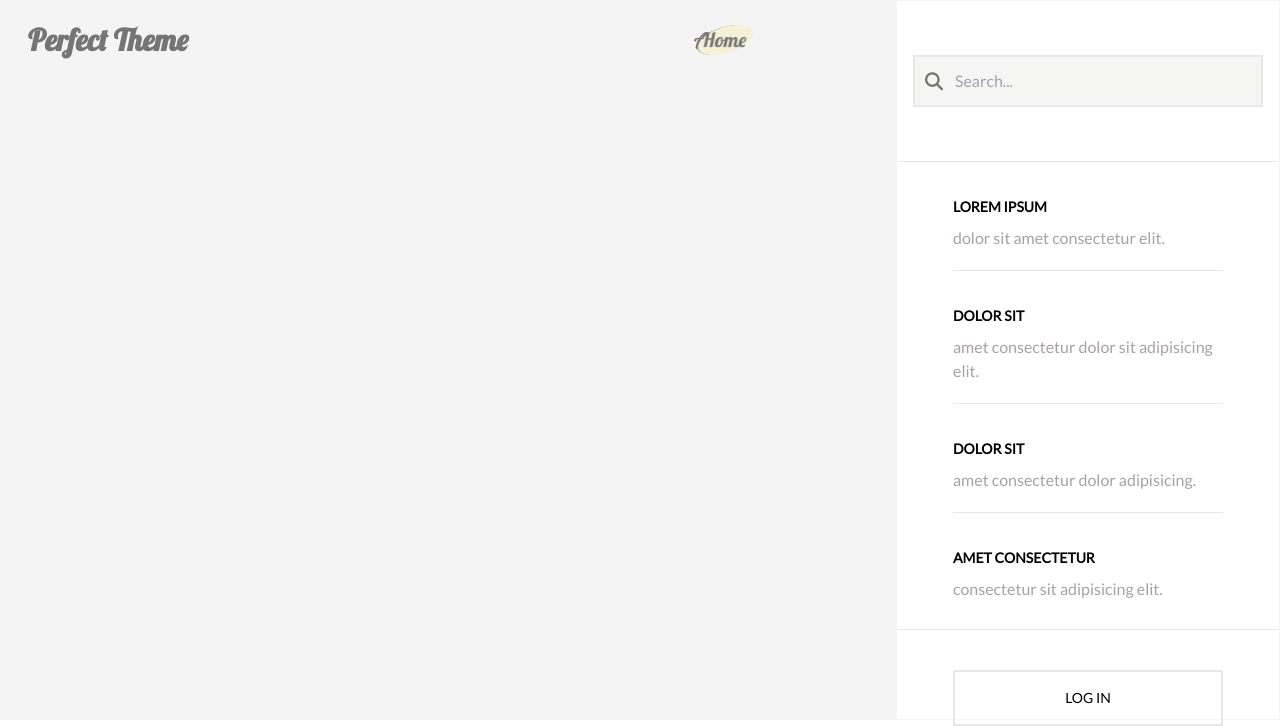
Repository: hsumyatm7308/laravel-blog
Page: blogweb/resources/views/blog/headerlayout.html
An editor plug-in stored every save of this project. The page is shown before and after the next save, followed by the edit.
The browser window is 1280 px wide. The pictures show the whole page.
Some web libraries are served in a nearby version.

Above is the page before, as saved 2023-09-05 17:47:55.

### blogweb/resources/views/blog/headerlayout.html
<!DOCTYPE html>
<html>

<head>
    <title>@yield('title')</title>
    <script src="https://cdn.tailwindcss.com"></script>
    <link rel="stylesheet" href="https://cdnjs.cloudflare.com/ajax/libs/font-awesome/6.4.2/css/all.min.css">

</head>
<style>
    /* for nav  */
    @import url('https://fonts.googleapis.com/css2?family=Lobster&display=swap');
    /* for body  */
    @import url('https://fonts.googleapis.com/css2?family=Lato&display=swap');


    body {
        font-family: 'Lato', sans-serif;
    }

    nav {
        font-family: 'Lobster', cursive;
    }


    .container {
        width: 80%;
        height: auto;
        /* background-color: antiquewhite; */

        display: flex;
        justify-content: center;
        align-items: center;

        position: relative;


    }

    .navlabel {
        position: relative;
        /* background-color: aqua; */
    }

    .lictn {
        position: relative;
    }

    .skewtextctn,
    .skewtextctn2 {
        width: 50px;
        height: 30px;
        border-radius: 100%;
        border-left: 1px solid black;

        position: fixed;
        top: 25px;




        transform: skew(-40deg);

    }

    .skewtextctn {
        left: 700px;
    }

    .skewtextctn2 {
        left: 800px;
    }



    .article {
        position: fixed;
        left: 1px;

        top: 1px;
        transform: skew(40deg);

    }

    .skewtextctn:hover,
    .skewtextctn2:hover {
        transition: all .5s;
        background-color: rgb(51 65 85);
    }

    .skewtextctn:hover .article,
    .skewtextctn2:hover .article {
        color: #000;
    }
</style>

<body class="bg-[#ffff]">
    <nav class="w-[100vw] flex justify-center items-center">
        <h1 class="text-3xl font-semibold">Perfect Theme</h1>

        <div class="w-[80%] h-20 flex justify-center items-center container">
            <div class="flex justify-between items-center list-none navlabel">
                <li class="p-5 mr-4 lictn">
                    <div class="bg-yellow-100 skewtextctn">
                        <a href="" class="text-xl text-black article">Home</a>
                    </div>
                </li>

                <li class="p-5 mr-4">
                    <div class=" active">
                        <a href="" class="text-xl text-black ">Article</a>
                    </div>
                </li>
            </div>


        </div>

        <div class=" menu ">
            <span class="text-xs flex justify-center items-center flex-col">
                <div class="w-10 h-[2px] bg-black"></div>
                <span class="p-1 hover:self-end hover:text-yellow-500"> menu</span>
                <div class="w-10 h-[2px] bg-black font-semibold"></div>
            </span>
        </div>
    </nav>



    <div
        class="menu-modal w-[100%]  h-screen absolute left-0 top-0 flex justify-center items-center">
        <div class="w-[70%] h-[100vh] bg-[linear-gradient(rgba(233,233,233,.5),rgba(233,233,233,.5))] p-0">

        </div>
        <div class="w-[30%] h-[100vh] bg-white  border border-slate-100">

            <div class="w-full h-40 flex justify-center items-center">
                <form action="" method="post" class="relative">
                    <i class="fa-solid fa-magnifying-glass text-stone-500 text-lg absolute left-3 top-[12px]"></i>
                    <input type="search"
                        class=" border-2 px-32 py-3 pl-10 bg-stone-100 font-thin focus:outline-none	focus:border focus:border-emerald-600 focus:ring-1 focus:ring-emerald-400"
                        placeholder="Search...">
                </form>
            </div>
            <hr>


            <div class="mt-4">
                <div class="px-14 py-4 group hover:text-emerald-600">
                    <li class="list-none pb-5">
                        <a href="" class="uppercase text-sm font-semibold group-hover:text-emerald-600">Lorem ipsum</a>
                        <p class="text-stone-400 mt-2 group-hover:text-emerald-600">dolor sit amet consectetur elit.</p>
                    </li>
                    <hr>
                </div>


                <div class="px-14 py-4 group hover:text-emerald-600">
                    <li class="list-none pb-5">
                        <a href="" class="uppercase text-sm font-semibold group-hover:text-emerald-600" >dolor sit</a>
                        <p class="text-stone-400 mt-2 group-hover:text-emerald-600"> amet consectetur dolor sit adipisicing elit.</p>

                    </li>
                    <hr>
                </div>


                <div class="px-14 py-4 group hover:text-emerald-600">
                    <li class="list-none pb-5">
                        <a href="" class="uppercase text-sm font-semibold  group-hover:text-emerald-600">dolor sit</a>
                        <p class="text-stone-400 mt-2 group-hover:text-emerald-600" > amet consectetur dolor adipisicing.</p>

                    </li>
                    <hr>
                </div>

                <div class="px-14 py-4 group hover:text-emerald-600">
                    <li class="list-none  pb-3 hover:text-emerald-400">
                        <a href="" class="uppercase text-sm font-semibold group-hover:text-emerald-600">amet consectetur </a>
                        <p class="text-stone-400 mt-2 group-hover:text-emerald-600"> consectetur sit adipisicing elit.</p>

                    </li>

                </div>
                <hr class="mb-10">

                <div class=" px-14">
                    <div class="px-4 py-4 border-2 flex justify-center items-center mt-5 hover:border-emerald-600 hover:text-emerald-500 ">
                        <button class="uppercase text-sm">Log in</button>
                    </div>


                </div>
            </div>

        </div>

    </div>


    <script>
        var menu = document.querySelector('.menu');
        menu.addEventListener('click', function () {

        })


    </script>
</body>

</html>

After the next save:
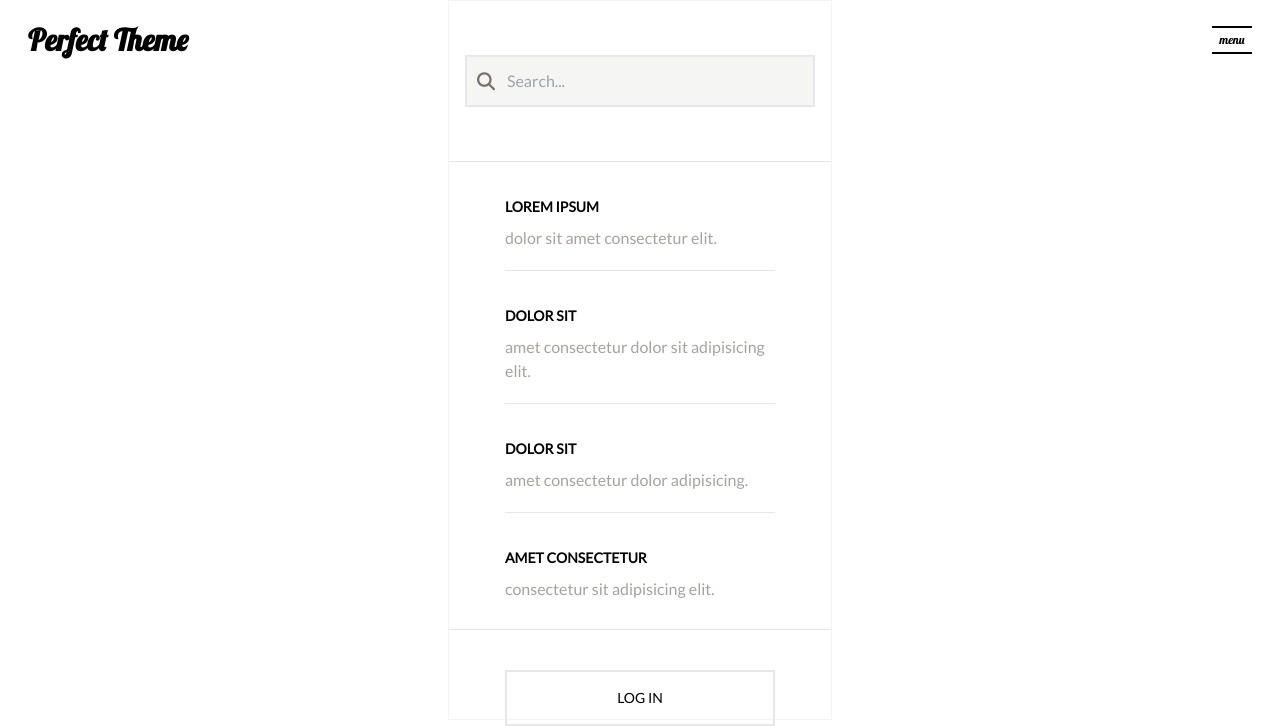
Saved 57 s later.
--- a/blogweb/resources/views/blog/headerlayout.html
+++ b/blogweb/resources/views/blog/headerlayout.html
@@ -129,9 +129,9 @@
 
     <div
         class="menu-modal w-[100%]  h-screen absolute left-0 top-0 flex justify-center items-center">
-        <div class="w-[70%] h-[100vh] bg-[linear-gradient(rgba(233,233,233,.5),rgba(233,233,233,.5))] p-0">
-
-        </div>
+        <!-- <div class="w-[70%] h-[100vh] bg-[linear-gradient(rgba(233,233,233,.5),rgba(233,233,233,.5))] p-0">
+
+        </div> -->
         <div class="w-[30%] h-[100vh] bg-white  border border-slate-100">
 
             <div class="w-full h-40 flex justify-center items-center">
